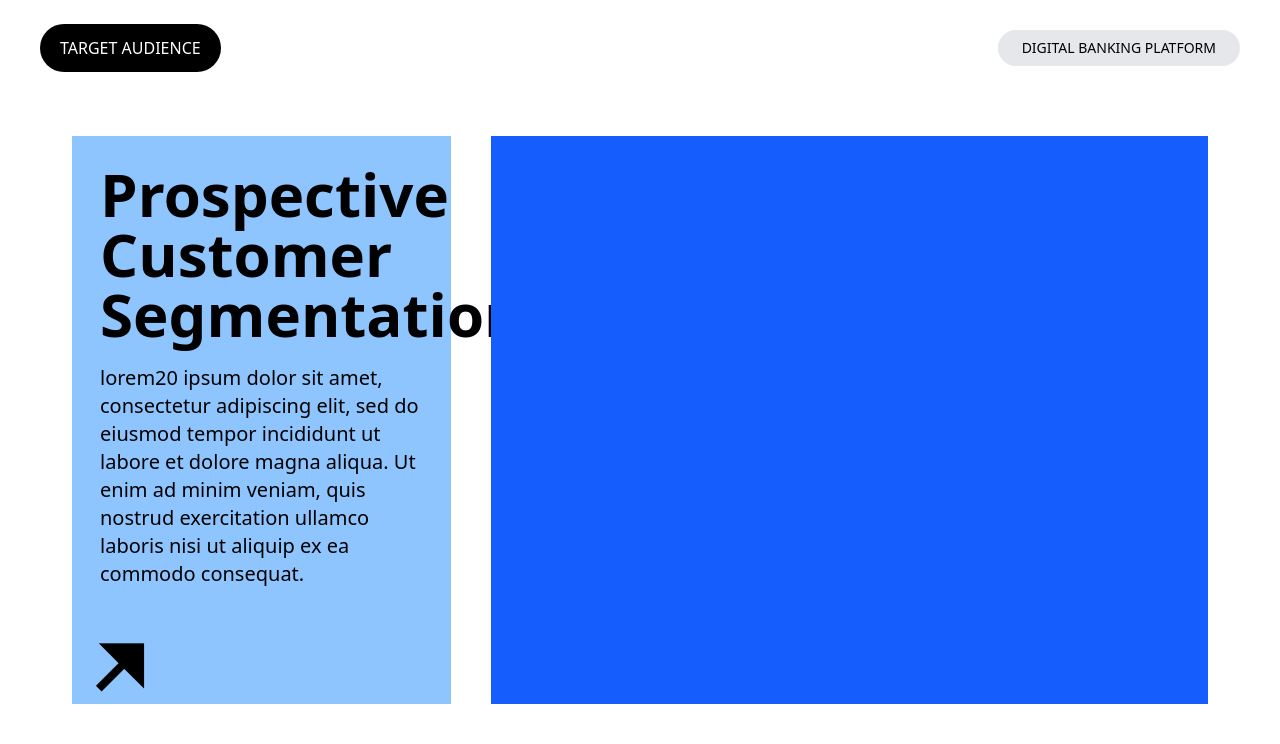
Repository: Mohitkumar1322/ReactTut
Page: / (app in projectSher1/)
An editor plug-in stored every save of this project. The page is shown before and after the next save, followed by the edit.
The browser window is 1280 px wide. The pictures show the whole page.
The project was rebuilt for these pictures with package versions that can differ from the ones it lists, and the page was loaded fresh each time. Also part of the build but not shown: projectSher1/vite.config.js.

Above is the page before, as saved 2025-11-16 14:10:47.

After the next save:
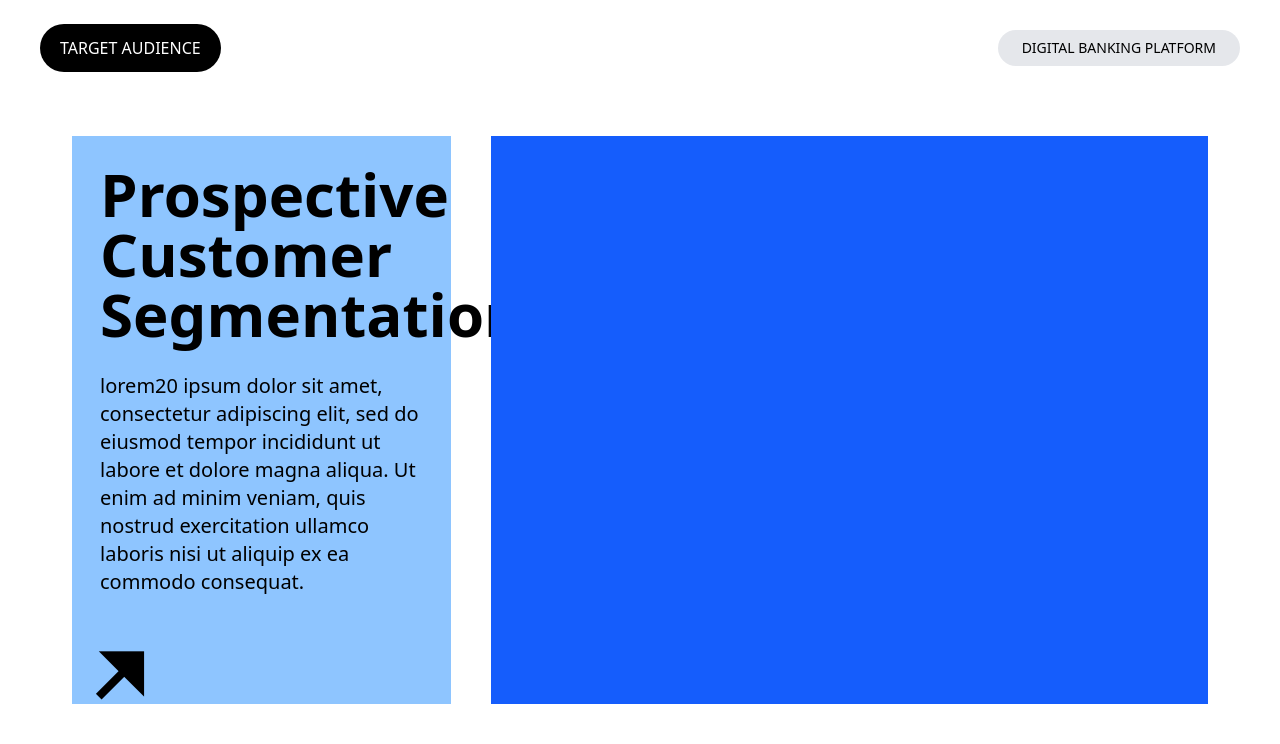
Saved 8 s later.
--- a/projectSher1/src/components/Section1/LeftContent.jsx
+++ b/projectSher1/src/components/Section1/LeftContent.jsx
@@ -4,7 +4,7 @@ const LeftContent = () => {
   return (
     <div className='h-full flex flex-col justify-between w-1/3 bg-blue-300  '>
       <div className='p-7 '>
-        <h3 className='mb-5 text-6xl font-bold'>
+        <h3 className='mb-7 text-6xl font-bold'>
             Prospective<br></br> <span>Customer</span> <br />Segmentation
         </h3>
         <p className='text-xl'>lorem20
